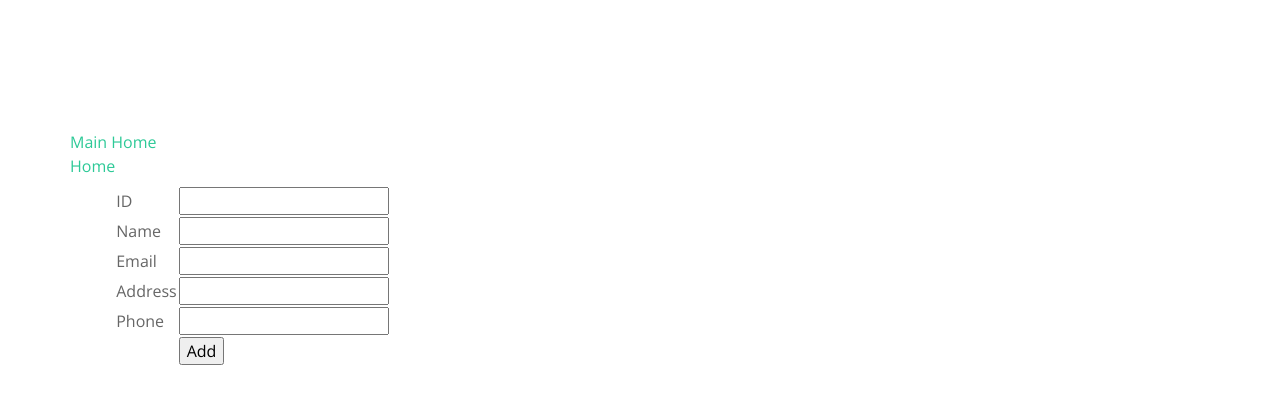
Repository: bhavrishi/Php_Internship_System
Page: http://localhost/ibis/admin/companies/add_cm.php
The author's editor kept a record of every edit. The page is drawn from the files as they stood at one moment, then again after the next edit.
The browser window is 1280 px wide. The pictures show the whole page.
The page is run by PHP 8.4 with error messages shown; the project is at /var/www/html/. The session is filled in as if someone had signed in: {"username": "testuser"}. Other server files are loaded and not shown.

Above is the page before.

### workspace/ibis/admin/companies/add_cm.php



<?php
//including the database connection file
include_once("config.php");

// Initialize the session
session_start();

// If session variable is not set it will redirect to login page
if(!isset($_SESSION['username']) || empty($_SESSION['username'])){
 header("location: ../login.php");
 exit;
}

//fetching data in descending order (lastest entry first)
//$result = mysql_query("SELECT * FROM users ORDER BY id DESC"); // mysql_query is deprecated
//$result = mysqli_query($mysqli, "SELECT * FROM companies ORDER BY company_id DESC"); // using mysqli_query instead
?>


<html>
<head>
	<title>View Companies</title>
		<meta charset="utf-8">
  <meta content="width=device-width, initial-scale=1.0" name="viewport">
  <meta content="" name="keywords">
  <meta content="" name="description">

  <!-- Favicons -->
  <link href="../../img/favicon.png" rel="icon">
  <link href="../..img/apple-touch-icon.png" rel="apple-touch-icon">

  <!-- Google Fonts -->
  <link href="https://fonts.googleapis.com/css?family=Open+Sans:300,300i,400,400i,700,700i|Poppins:300,400,500,700" rel="stylesheet">

  <!-- Bootstrap CSS File -->
  <link href="../../lib/bootstrap/css/bootstrap.min.css" rel="stylesheet">

  <!-- Libraries CSS Files -->
  <link href="../../lib/font-awesome/css/font-awesome.min.css" rel="stylesheet">
  <link href="../../lib/animate/animate.min.css" rel="stylesheet">

  <!-- Main Stylesheet File -->
  <link href="../style.css" rel="stylesheet">
</head>

<body>
	<main id="main">

    <section id="about">
      <div class="container">
      	<div class="row">
      		<a href="/ibis"> Main Home</a>
      	</div>
        <div class="row about-container">

	<a href="../main.php">Home</a>
	<br/><br/>

	<form action="add.php" method="post" name="form1">
		<table width="90%" border="0">
			<tr>
				<td>ID</td>
				<td><input type="text" name="company_id"></td>
			</tr>
				<tr>
				<td>Name</td>
				<td><input type="text" name="company_name"></td>
			</tr>
			<tr>
				<td>Email</td>
				<td><input type="text" name="company_email"></td>
			</tr>
			<tr>
				<td>Address</td>
				<td><input type="text" name="comapny_address"></td>
			</tr>
				<tr>
				<td>Phone</td>
				<td><input type="text" name="company_phone"></td>
			</tr>
			<tr>
				<td></td>
				<td><input type="submit" name="Submit" value="Add"></td>
			</tr>
		</table>
	</form>

	</main>
	</section>
	</div>
	</div>
</body>
</html>

### workspace/ibis/admin/companies/config.php
<?php
/*
// mysql_connect("database-host", "username", "password")
$conn = mysql_connect("localhost","root","root")
			or die("cannot connected");

// mysql_select_db("database-name", "connection-link-identifier")
@mysql_select_db("test",$conn);
*/

/**
 * mysql_connect is deprecated
 * using mysqli_connect instead
 */

$databaseHost = 'localhost';
$databaseName = 'Ibis';
$databaseUsername = 'sambuahin';
$databasePassword = '';

$mysqli = mysqli_connect($databaseHost, $databaseUsername, $databasePassword, $databaseName);

?>

### workspace/ibis/admin/style.css
.wrapper{
  width: 300px;
  margin: auto;
}
/*--------------------------------------------------------------
# General
--------------------------------------------------------------*/
form {
    margin-top: 2em;
}
.don{
  margin-top: 30px!important;
  width:100%;
  margin-bottom: 10px;
}
body {
  background: #fff;
  color: #666666;
  font-family: "Open Sans", sans-serif;
}
.con{
  width: 50%;
  margin: auto;
}
.mai{
  height: 100vh;
}
a {
  color: #2dc997;
}

a:hover, a:active, a:focus {
  color: #2dca98;
  outline: none;
  text-decoration: none;
}

p {
  padding: 0;
  margin: 0 0 30px 0;
}

h1, h2, h3, h4, h5, h6 {
  font-family: "Poppins", sans-serif;
  font-weight: 400;
  margin: 0 0 20px 0;
  padding: 0;
}

/* Prelaoder */
#preloader {
  position: fixed;
  left: 0;
  top: 0;
  z-index: 999;
  width: 100%;
  height: 100%;
  overflow: visible;
  background: #fff url("../img/preloader.svg") no-repeat center center;
}

/* Back to top button */
.back-to-top {
  position: fixed;
  display: none;
  background: rgba(0, 0, 0, 0.2);
  color: #fff;
  padding: 6px 12px 9px 12px;
  font-size: 16px;
  border-radius: 2px;
  right: 15px;
  bottom: 15px;
  transition: background 0.5s;
}

@media (max-width: 768px) {
  .back-to-top {
    bottom: 15px;
  }
}

.back-to-top:focus {
  background: rgba(0, 0, 0, 0.2);
  color: #fff;
  outline: none;
}

.back-to-top:hover {
  background: #2dc997;
  color: #fff;
}

/*--------------------------------------------------------------
# Header
--------------------------------------------------------------*/
#header {
  padding: 30px 0;
  height: 92px;
  position: fixed;
  left: 0;
  top: 0;
  right: 0;
  transition: all 0.5s;
  z-index: 997;

      background-color: #000000;
}

#header #logo {
  float: left;
}

#header #logo h1 {
  font-size: 36px;
  margin: 0;
  padding: 6px 0;
  line-height: 1;
  font-family: "Poppins", sans-serif;
  font-weight: 700;
  letter-spacing: 3px;
  text-transform: uppercase;
}

#header #logo h1 a, #header #logo h1 a:hover {
  color: #fff;
}

#header #logo img {
  padding: 0;
  margin: 0;
}

@media (max-width: 768px) {
  #header #logo h1 {
    font-size: 26px;
  }
  #header #logo img {
    max-height: 40px;
  }
}

#header.header-fixed {
  background: rgba(52, 59, 64, 0.9);
  padding: 20px 0;
  height: 72px;
  transition: all 0.5s;
}

/*--------------------------------------------------------------
# Hero Section
--------------------------------------------------------------*/
#hero {
  display: table;
  width: 100%;
  height: 100vh;
  background: url(../img/hero-bg.jpg) top center fixed;
  background-size: cover;
}

#hero .hero-container {
  background: rgba(0, 0, 0, 0.6);
  display: table-cell;
  margin: 0;
  padding: 0 10px;
  text-align: center;
  vertical-align: middle;
}

#hero h1 {
  margin: 30px 0 10px 0;
  font-size: 48px;
  font-weight: 700;
  line-height: 56px;
  text-transform: uppercase;
  color: #fff;
}

@media (max-width: 768px) {
  #hero h1 {
    font-size: 28px;
    line-height: 36px;
  }
}

#hero h2 {
  color: #eee;
  margin-bottom: 50px;
  font-size: 24px;
}

@media (max-width: 768px) {
  #hero h2 {
    font-size: 18px;
    line-height: 24px;
    margin-bottom: 30px;
  }
}

#hero .btn-get-started {
  font-family: "Poppins", sans-serif;
  text-transform: uppercase;
  font-weight: 500;
  font-size: 16px;
  letter-spacing: 1px;
  display: inline-block;
  padding: 8px 28px;
  border-radius: 50px;
  transition: 0.5s;
  margin: 10px;
  border: 2px solid #fff;
  color: #fff;
}

#hero .btn-get-started:hover {
  background: #2dc997;
  border: 2px solid #2dc997;
}

/*--------------------------------------------------------------
# Navigation Menu
--------------------------------------------------------------*/
/* Nav Menu Essentials */
.nav-menu, .nav-menu * {
  margin: 0;
  padding: 0;
  list-style: none;
}

.nav-menu ul {
  position: absolute;
  display: none;
  top: 100%;
  left: 0;
  z-index: 99;
}

.nav-menu li {
  position: relative;
  white-space: nowrap;
}

.nav-menu > li {
  float: left;
}

.nav-menu li:hover > ul,
.nav-menu li.sfHover > ul {
  display: block;
}

.nav-menu ul ul {
  top: 0;
  left: 100%;
}

.nav-menu ul li {
  min-width: 180px;
}

/* Nav Menu Arrows */
.sf-arrows .sf-with-ul {
  padding-right: 30px;
}

.sf-arrows .sf-with-ul:after {
  content: "\f107";
  position: absolute;
  right: 15px;
  font-family: FontAwesome;
  font-style: normal;
  font-weight: normal;
}

.sf-arrows ul .sf-with-ul:after {
  content: "\f105";
}

/* Nav Meu Container */
#nav-menu-container {
  float: right;
  margin: 0;
}

@media (max-width: 768px) {
  #nav-menu-container {
    display: none;
  }
}

/* Nav Meu Styling */
.nav-menu a {
  padding: 0 8px 10px 8px;
  text-decoration: none;
  display: inline-block;
  color: #fff;
  font-family: "Poppins", sans-serif;
  font-weight: 400;
  text-transform: uppercase;
  font-size: 13px;
  outline: none;
}

.nav-menu > li {
  margin-left: 10px;
}

.nav-menu > li > a:before {
  content: "";
  position: absolute;
  width: 100%;
  height: 2px;
  bottom: 0;
  left: 0;
  background-color: #2dc997;
  visibility: hidden;
  -webkit-transform: scaleX(0);
  transform: scaleX(0);
  -webkit-transition: all 0.3s ease-in-out 0s;
  transition: all 0.3s ease-in-out 0s;
}

.nav-menu a:hover:before, .nav-menu li:hover > a:before, .nav-menu .menu-active > a:before {
  visibility: visible;
  -webkit-transform: scaleX(1);
  transform: scaleX(1);
}

.nav-menu ul {
  margin: 4px 0 0 0;
  border: 1px solid #e7e7e7;
}

.nav-menu ul li {
  background: #fff;
}

.nav-menu ul li:first-child {
  border-top: 0;
}

.nav-menu ul li a {
  padding: 10px;
  color: #333;
  transition: 0.3s;
  display: block;
  font-size: 13px;
  text-transform: none;
}

.nav-menu ul li a:hover {
  background: #2dc997;
  color: #fff;
}

.nav-menu ul ul {
  margin: 0;
}

/* Mobile Nav Toggle */
#mobile-nav-toggle {
  position: fixed;
  right: 0;
  top: 0;
  z-index: 999;
  margin: 20px 20px 0 0;
  border: 0;
  background: none;
  font-size: 24px;
  display: none;
  transition: all 0.4s;
  outline: none;
  cursor: pointer;
}

#mobile-nav-toggle i {
  color: #fff;
}

@media (max-width: 768px) {
  #mobile-nav-toggle {
    display: inline;
  }
}

/* Mobile Nav Styling */
#mobile-nav {
  position: fixed;
  top: 0;
  padding-top: 18px;
  bottom: 0;
  z-index: 998;
  background: rgba(52, 59, 64, 0.9);
  left: -260px;
  width: 260px;
  overflow-y: auto;
  transition: 0.4s;
}

#mobile-nav ul {
  padding: 0;
  margin: 0;
  list-style: none;
}

#mobile-nav ul li {
  position: relative;
}

#mobile-nav ul li a {
  color: #fff;
  font-size: 16px;
  overflow: hidden;
  padding: 10px 22px 10px 15px;
  position: relative;
  text-decoration: none;
  width: 100%;
  display: block;
  outline: none;
}

#mobile-nav ul li a:hover {
  color: #fff;
}

#mobile-nav ul li li {
  padding-left: 30px;
}

#mobile-nav ul .menu-has-children i {
  position: absolute;
  right: 0;
  z-index: 99;
  padding: 15px;
  cursor: pointer;
  color: #fff;
}

#mobile-nav ul .menu-has-children i.fa-chevron-up {
  color: #2dc997;
}

#mobile-nav ul .menu-item-active {
  color: #2dc997;
}

#mobile-body-overly {
  width: 100%;
  height: 100%;
  z-index: 997;
  top: 0;
  left: 0;
  position: fixed;
  background: rgba(52, 59, 64, 0.9);
  display: none;
}

/* Mobile Nav body classes */
body.mobile-nav-active {
  overflow: hidden;
}

body.mobile-nav-active #mobile-nav {
  left: 0;
}

body.mobile-nav-active #mobile-nav-toggle {
  color: #fff;
}

/*--------------------------------------------------------------
# Sections
--------------------------------------------------------------*/
/* Sections Header
--------------------------------*/
.section-header .section-title {
  font-size: 32px;
  color: #111;
  text-transform: uppercase;
  text-align: center;
  font-weight: 700;
  margin-bottom: 5px;
}

.section-header .section-description {
  text-align: center;
  padding-bottom: 40px;
  color: #999;
}

/* About Us Section
--------------------------------*/
#about {
  background: #fff;
  padding: 130px 0;
}

#about .about-container .background {
  min-height: 300px;
  background: url(../img/about-img.jpg) center top no-repeat;
  margin-bottom: 10px;
}

#about .about-container .content {
  background: #fff;
}

#about .about-container .title {
  color: #333;
  font-weight: 700;
  font-size: 32px;
}

@media (max-width: 768px) {
  #about .about-container .title {
    padding-top: 15px;
  }
}

#about .about-container p {
  line-height: 26px;
}

#about .about-container p:last-child {
  margin-bottom: 0;
}

#about .about-container .icon-box {
  background: #fff;
  background-size: cover;
  padding: 0 0 30px 0;
}

#about .about-container .icon-box .icon {
  float: left;
  background: #fff;
  padding: 16px;
  border-radius: 50%;
  border: 2px solid #2dc997;
}

#about .about-container .icon-box .icon i {
  color: #2dc997;
  font-size: 24px;
}

#about .about-container .icon-box .title {
  margin-left: 80px;
  font-weight: 500;
  margin-bottom: 5px;
  font-size: 18px;
  text-transform: uppercase;
}

#about .about-container .icon-box .title a {
  color: #111;
}

#about .about-container .icon-box .description {
  margin-left: 80px;
  line-height: 24px;
  font-size: 14px;
}

/* Facts Section
--------------------------------*/
#facts {
  background: #f7f7f7;
  padding: 80px 0 60px 0;
}

#facts .counters span {
  font-size: 48px;
  display: block;
  color: #2dc997;
}

#facts .counters p {
  padding: 0;
  margin: 0 0 20px 0;
  font-family: "Poppins", sans-serif;
  font-size: 14px;
}

/* Services Section
--------------------------------*/
#services {
  background: #fff;
  background-size: cover;
  padding: 100px 0 60px 0;
  min-height: 90vh;

}

#services .box {
  padding: 50px 20px;
  margin-bottom: 50px;
  text-align: center;
  border: 1px solid #e6e6e6;
  height: 200px;
  position: relative;
  background: #fafafa;
}

#services .icon {
  position: absolute;
  top: -36px;
  left: calc(50% - 36px);
  transition: 0.2s;
  border-radius: 50%;
  display: inline-block;
  border: 6px solid #fff;
}

#services .icon a {
  display: inline-block;
  background: #2dc997;
  border: 2px solid #2dc997;
  padding: 16px;
  border-radius: 50%;
  transition: 0.3s;
}

#services .icon i {
  color: #fff;
  font-size: 24px;
}

#services .box:hover .icon i {
  color: #2dc997;
}

#services .box:hover .icon a {
  color: #2dc997;
  background: #fff;
}

#services .title {
  font-weight: 700;
  font-size: 18px;
  margin-bottom: 15px;
  text-transform: uppercase;
}

#services .title a {
  color: #111;
}

#services .description {
  font-size: 14px;
  line-height: 24px;
}

/* Call To Action Section
--------------------------------*/
#call-to-action {
  background: linear-gradient(rgba(0, 0, 0, 0.6), rgba(0, 0, 0, 0.6)), url(../img/call-to-action-bg.jpg) fixed center center;
  background-size: cover;
  padding: 80px 0;
}

#call-to-action .cta-title {
  color: #fff;
  font-size: 28px;
  font-weight: 700;
}

#call-to-action .cta-text {
  color: #fff;
}

@media (min-width: 769px) {
  #call-to-action .cta-btn-container {
    display: flex;
    align-items: center;
    justify-content: flex-end;
  }
}

#call-to-action .cta-btn {
  font-family: "Poppins", sans-serif;
  text-transform: uppercase;
  font-weight: 500;
  font-size: 16px;
  letter-spacing: 1px;
  display: inline-block;
  padding: 8px 30px;
  border-radius: 50px;
  transition: 0.5s;
  margin: 10px;
  border: 2px solid #fff;
  color: #fff;
}

#call-to-action .cta-btn:hover {
  background: #2dc997;
  border: 2px solid #2dc997;
}

/* Portfolio Section
--------------------------------*/
#portfolio {
  background: #f7f7f7;
  padding: 80px 0;
}

#portfolio #portfolio-wrapper {
  padding-right: 15px;
}

#portfolio #portfolio-flters {
  padding: 0;
  margin: 0 0 45px 0;
  list-style: none;
  text-align: center;
}

#portfolio #portfolio-flters li {
  cursor: pointer;
  margin: 0 10px;
  display: inline-block;
  padding: 10px 22px;
  font-size: 12px;
  line-height: 20px;
  color: #666666;
  border-radius: 4px;
  text-transform: uppercase;
  background: #fff;
  margin-bottom: 5px;
  transition: all 0.3s ease-in-out;
}

#portfolio #portfolio-flters li:hover, #portfolio #portfolio-flters li.filter-active {
  background: #2dc997;
  color: #fff;
}

#portfolio .portfolio-item {
  position: relative;
  height: 200px;
  overflow: hidden !important;
  margin-bottom: 15px;
  transition: all 350ms ease;
  transform: scale(1);
}

#portfolio .portfolio-item a {
  display: block;
  margin-right: 15px;
}

#portfolio .portfolio-item img {
  position: relative;
  top: 0;
  transition: all 600ms cubic-bezier(0.645, 0.045, 0.355, 1);
}

#portfolio .portfolio-item .details {
  height: 50px;
  background: #2dc997;
  position: absolute;
  width: 100%;
  height: 50px;
  bottom: -50px;
  transition: all 300ms cubic-bezier(0.645, 0.045, 0.355, 1);
}

#portfolio .portfolio-item .details h4 {
  font-size: 14px;
  font-weight: 700;
  color: #fff;
  padding: 8px 0 2px 8px;
  margin: 0;
}

#portfolio .portfolio-item .details span {
  display: block;
  color: #fff;
  font-size: 13px;
  padding-left: 8px;
}

#portfolio .portfolio-item:hover .details {
  bottom: 0;
}

#portfolio .portfolio-item:hover img {
  top: -30px;
}

/* Team Section
--------------------------------*/
#team {
  background: #fff;
  padding: 80px 0 60px 0;
}

#team .member {
  text-align: center;
  margin-bottom: 20px;
}

#team .member .pic {
  margin-bottom: 15px;
  overflow: hidden;
  height: 260px;
}

#team .member .pic img {
  max-width: 100%;
}

#team .member h4 {
  font-weight: 700;
  margin-bottom: 2px;
  font-size: 18px;
}

#team .member span {
  font-style: italic;
  display: block;
  font-size: 13px;
}

#team .member .social {
  margin-top: 15px;
}

#team .member .social a {
  color: #b3b3b3;
}

#team .member .social a:hover {
  color: #2dc997;
}

#team .member .social i {
  font-size: 18px;
  margin: 0 2px;
}

/* Contact Section
--------------------------------*/
#contact {
  background: #f7f7f7;
  padding: 120px 0 40px 0;
}

#contact #google-map {
  height: 300px;
  margin-bottom: 70px;
}

#contact .info {
  color: #333333;
}

#contact .info i {
  font-size: 32px;
  color: #2dc997;
  float: left;
}

#contact .info p {
  padding: 0 0 10px 50px;
  margin-bottom: 20px;
  line-height: 22px;
  font-size: 14px;
}

#contact .info .email p {
  padding-top: 5px;
}

#contact .social-links {
  padding-bottom: 20px;
}

#contact .social-links a {
  font-size: 18px;
  display: inline-block;
  background: #333;
  color: #fff;
  line-height: 1;
  padding: 8px 0;
  border-radius: 50%;
  text-align: center;
  width: 36px;
  height: 36px;
  transition: 0.3s;
}

#contact .social-links a:hover {
  background: #2dc997;
  color: #fff;
}

#contact .form #sendmessage {
  color: #2dc997;
  border: 1px solid #2dc997;
  display: none;
  text-align: center;
  padding: 15px;
  font-weight: 600;
  margin-bottom: 15px;
}

#contact .form #errormessage {
  color: red;
  display: none;
  border: 1px solid red;
  text-align: center;
  padding: 15px;
  font-weight: 600;
  margin-bottom: 15px;
}

#contact .form #sendmessage.show, #contact .form #errormessage.show, #contact .form .show {
  display: block;
}

#contact .form .validation {
  color: red;
  display: none;
  margin: 0 0 20px;
  font-weight: 400;
  font-size: 13px;
}

#contact .form input, #contact .form textarea {
  border-radius: 0;
  box-shadow: none;
  font-size: 14px;
}

#contact .form button[type="submit"] {
  background: #2dc997;
  border: 0;
  padding: 10px 24px;
  color: #fff;
  transition: 0.4s;
}

#contact .form button[type="submit"]:hover {
  background: #51d8ad;
}

/*--------------------------------------------------------------
# Footer
--------------------------------------------------------------*/
#footer {
  background: #343b40;
  padding: 30px 0;
  color: #fff;
  font-size: 14px;
}

#footer .copyright {
  text-align: center;
}

#footer .credits {
  padding-top: 10px;
  text-align: center;
  font-size: 13px;
  color: #ccc;
}

Loaded but not shown: workspace/ibis/lib/bootstrap/css/bootstrap.min.css (library); workspace/ibis/lib/font-awesome/css/font-awesome.min.css (library); workspace/ibis/lib/animate/animate.min.css (library)

After the next edit:
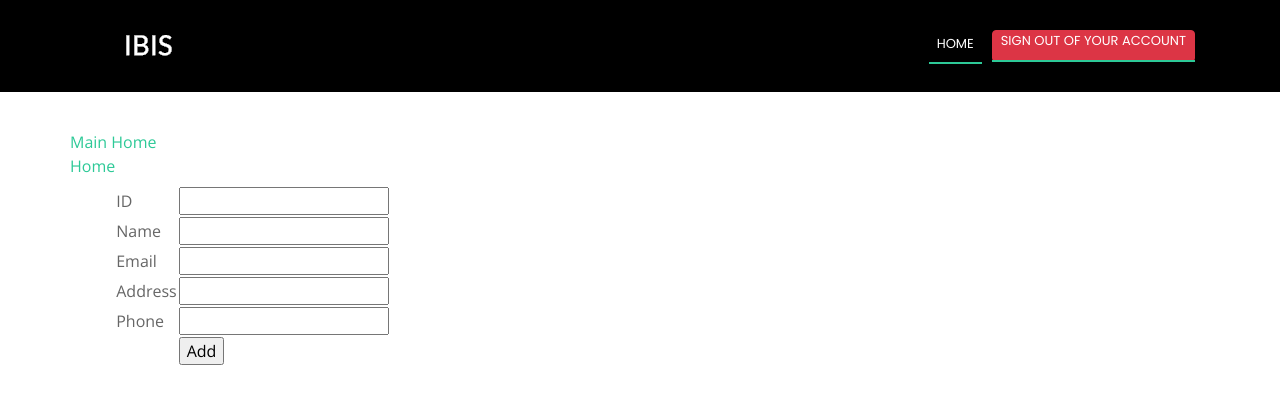
The edit:
--- a/workspace/ibis/admin/companies/add_cm.php
+++ b/workspace/ibis/admin/companies/add_cm.php
@@ -47,6 +47,28 @@
 </head>
 
 <body>
+
+
+	 <!--==========================
+  Header
+  ============================-->
+  <header id="header">
+    <div class="container">
+
+      <div id="logo" class="pull-left">
+        <a href="#"><img src="../../img/logo.png" alt="" title="" /></img></a>
+        <!-- Uncomment below if you prefer to use a text logo -->
+        <!--<h1><a href="#hero">Regna</a></h1>-->
+      </div>
+      <nav id="nav-menu-container">
+        <ul class="nav-menu">
+          <li class="menu-active"><a href="../">Home</a></li>
+          <li class="menu-active"><a href="../logout.php" class="btn btn-danger">Sign Out of Your Account</a></li>
+        </ul>
+      </nav><!-- #nav-menu-container -->
+    </div>
+  </header><!-- #header -->
+
 	<main id="main">
 
     <section id="about">
